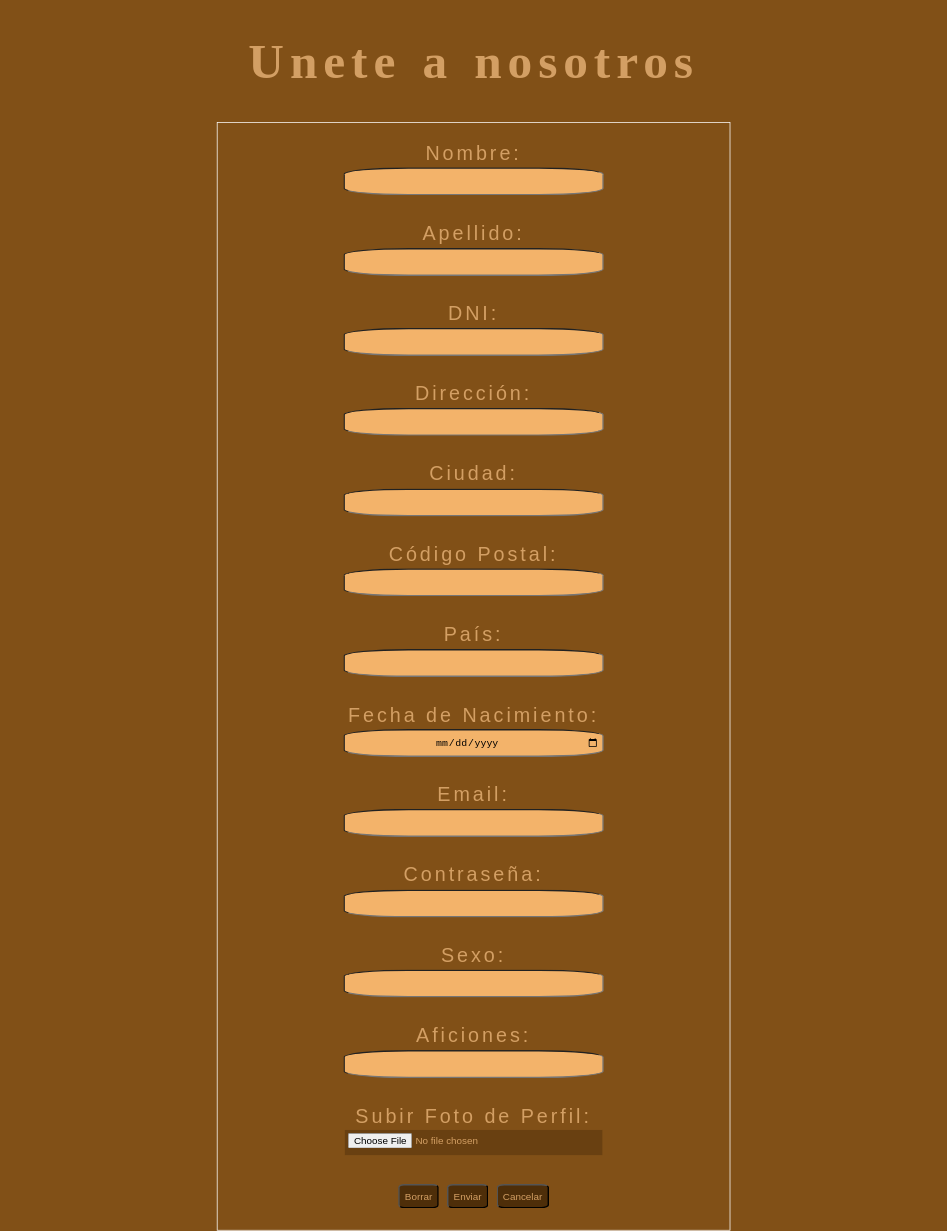
Repository: demoniers/demonIers.github.io
Page: web-lenguajes/src/singin.html
An editor plug-in stored every save of this project. The page is shown before and after the next save, followed by the edit.
The browser window is 1280 px wide. The pictures show the whole page, at 74% of full size.
Some web fonts or font styles are not loaded; a fallback is used.

Above is the page before, as saved 2025-01-24 13:46:55.

### web-lenguajes/src/singin.html
<!DOCTYPE html>
<html lang="es">
<head>
    <meta charset="UTF-8">
    <meta name="viewport" content="width=device-width, initial-scale=1.0">
    <title>Formulario de Registro</title>
    <link rel="stylesheet" href="../style/style.css">
</head>
<body>
    <h1 class="titulo-centrado">Unete a nosotros</h1>
    <div class="form">
        <div class="formulario">
            <form action="../index.html" method="post">
                <label for="nombre">Nombre:</label>
                <input type="text" id="nombre" name="nombre" required><br><br>

                <label for="apellido">Apellido:</label>
                <input type="text" id="apellido" name="apellido" required><br><br>

                <label for="dni">DNI:</label>
                <input type="text" id="dni" name="dni" pattern="[0-9]{8}[A-Z]{1}" required><br><br>

                <label for="direccion">Dirección:</label>
                <input type="text" id="direccion" name="direccion" pattern="C/ .+ nº [0-9]+" required><br><br>

                <label for="ciudad">Ciudad:</label>
                <input type="text" id="ciudad" name="ciudad" required><br><br>

                <label for="cod_postal">Código Postal:</label>
                <input type="text" id="cod_postal" name="cod_postal" list="cod_postal_list" maxlength="5" required>
                <datalist id="cod_postal_list">
                    <option value="28001">
                    <option value="08002">
                    <option value="41003">
                    <option value="50004">
                    <option value="35005">
                </datalist><br><br>

                <label for="pais">País:</label>
                <input type="text" id="pais" name="pais" required><br><br>

                <label for="f_nacimiento">Fecha de Nacimiento:</label>
                <input type="date" id="f_nacimiento" name="f_nacimiento" required><br><br>

                <label for="email">Email:</label>
                <input type="email" id="email" name="email" pattern=".+@[a-z]+\.es" required><br><br>

                <label for="contrasena">Contraseña:</label>
                <input type="password" id="contrasena" name="contrasena" pattern="_[a-z]{7}_[a-z0-9]{5}&[0-9]{2}        " required><br><br>

                <label for="sexo">Sexo:</label>
                <input type="text" id="sexo" name="sexo" required><br><br>

                <label for="aficiones">Aficiones:</label>
                <input type="text" id="aficiones" name="aficiones" list="aficiones_list" required>
                <datalist id="aficiones_list">
                    <option value="Lectura">
                    <option value="Deportes">
                    <option value="Música">
                    <option value="Viajar">
                </datalist><br><br>
                <div class="ignorestyle">
                    <label for="foto">Subir Foto de Perfil:</label>
                    <input type="file" id="foto" name="foto" accept="image/*" required><br><br>
                </div>

                <div class="botones">
                    <div class="btn">
                        <button type="reset">Borrar</button>
                        <button type="submit">Enviar</button>
                        <button type="button" onclick="window.location.href='../index.html'">Cancelar</button>
                    </div>
                </div>
            </form>
        </div>
    </div>
</body>
</html>

### web-lenguajes/style/style.css
body {
    margin: 0;
    font-family: Arial, sans-serif;
    display: flex;
    flex-direction: column;
    align-items: center;
    background-color: #815017;
}

@font-face {
    font-family: "Overcooked";
    src: url("https://db.onlinewebfonts.com/t/4d9ee5a678d899047a987f0408b4b052.eot");
    src: url("https://db.onlinewebfonts.com/t/4d9ee5a678d899047a987f0408b4b052.eot?#iefix")format("embedded-opentype"),
    url("https://db.onlinewebfonts.com/t/4d9ee5a678d899047a987f0408b4b052.woff2")format("woff2"),
    url("https://db.onlinewebfonts.com/t/4d9ee5a678d899047a987f0408b4b052.woff")format("woff"),
    url("https://db.onlinewebfonts.com/t/4d9ee5a678d899047a987f0408b4b052.ttf")format("truetype"),
    url("https://db.onlinewebfonts.com/t/4d9ee5a678d899047a987f0408b4b052.svg#Overcooked")format("svg");
}
.titulo-centrado {
    font-family: "Overcooked";
    text-align: center;
    word-spacing: 4px;
    letter-spacing: 8px;
    font-size: 50pt;
    color: #d39f64;
}

.btn-saber-mas a {
    color: #d3d3d3;
    text-decoration: none;
}
.btn-saber-mas {
   background-color: #4e2e09;
    color: #d39f64;
}
.btn-saber-mas:hover {
    color: #4e2e09;
    background-color: #d39f64;
}

/* menu superior */
.header {
    position: fixed;
    top: 0;
    width: 100%;
    background-color: #57330b;
    color: #d39f64;
    text-align: center;
    padding: 10px 0;
    z-index: 1000;
}

.header nav a {
    margin: 0 15px;
    text-decoration: none;
    font-size: 18px;
}

.header nav ul li {
    display: inline-block;
    position: relative;
}

.logo-r {
    float: left;
    width: 3%;
    margin-left: 2%;
}

nav ul li a {
    display: block;
    padding: 8px 16px;
    text-decoration: none;
    color: #d39f64;
}

nav ul li ul {
    display: none;
    position: absolute;
    top: 100%;
    left: 0;
    box-shadow: 0px 4px 8px rgba(0, 0, 0, 0.3);
}

nav ul li:hover ul {
    display: block;
}
.subitemul {
    text-align: center;
    background-color:#6b43159c;
}
.subitemul:hover {
    background-color: #d39f646c;
    color: #6b4315;
}

/*###############################################################################*/

.container {
    display: grid;
    justify-content: space-between;
    width: 72%;
    margin-bottom: 70px;
}

/* ### CENTRO PAGINA PRINCIPAL ###*/
.content {
    background-image: url("../img/fondo.png");
    background-size: cover;
    background-repeat: no-repeat;
    flex-grow: 1;
    padding: 0;
    display: flex;
}

/* caja central y animacion */
.bienvenida {
    display: flex;
    align-items: center;
    width: 100%;
    padding: 25%;
    margin: 0;
    text-align: center;
    animation-name: agrandar-texto;
    animation-duration: 3s;
    animation-fill-mode: forwards;
}

@keyframes agrandar-texto {
    0% {
        background-color: #00000000;
        color: #d39f6400;
    }

    100% {
        background-color: rgba(0, 0, 0, 0.400);
        color: #d39f64;
    }
}

/* #################################################### */
.bienvenida button {
    background-color: #000000;
    color: #d39f64;
    width: 25%;
    padding: 2%;
    text-align: center;
}

.bienvenida a {
    text-decoration: none;
}

/* Barras laterales*/
.sidebar {
    width: 10%;
    padding: 2%;
    background-color: #815017;
    height: 1000px;
}

.cuerpo {
    color: #d39f64;
}

.caja-publi {
    border: #d39f6486 double 3px;
    margin-top: 35%;
    width: fit-content;
}

.caja-publi img {
    margin-top: 5%;
    width: 95%;
    height: 300px;
}

.derecha {
    position: fixed;
    right: 0%;
}

.izquierda {
    position: fixed;
    left: 0%;
}

.footer {
    background-color: #57330b;
    color: #d39f64;
    text-align: center;
    height: 50px;
    padding: 10px;
    position: fixed;
    bottom: 0;
    width: 100%;
}


/* HORARIO */
table {
    animation: ampli-table forwards 5s;
}
@keyframes ampli-table {
    0% {
        width: 0%;
        margin-right: 0%;
    }
    25% {margin-right:25%;}
    50% {margin-right:50%;}
    75% {margin-right:25%;}
    100% {
        width: 50%;
        margin-right: auto;
    }

}
table {
    margin: auto;
    border-collapse: collapse;
    font-size: 18px;
    text-align: left;
}

th, td {
    padding: 12px;
    border: 1px solid #ddd;
}

th {
    background-color: #f2f2f2;
}

.table-header {
    text-align: center;
    font-size: 24px;
    animation: colorhead forwards 5s;
}
@keyframes colorhead {
    0% {
        background-color: #a0662400;
        color: black
    ;}
    100% {
        background-color: #a06624;
        color: white;
    }

}
.form {
    margin: 5%;
    width: 90%;
}
.Formulario {
    margin: 5%;
    width: 75%;
    border: solid #d39f64 1px;
}

/* ####### FORMULARIO ############ */
.form {
    border: solid 1px white;
    margin: auto;
    width: 50%;
    padding: 2%;
}
.formulario {
    justify-self: center;
    color: #d39f64;
}
form label {
    display: block;
    justify-self: center;
    margin-bottom: 1%;
    font-size: 20pt;
    letter-spacing: 4px;
}
form input {
    display: block;
    justify-self: center;
    width: 100%;
    height: 25px;
    text-align: center;
    border-radius: 25%;
    padding: 1.33%;
    background-color: #f3b36a;
}
form input:focus {
    border-radius: 15%;
    color: #815017;
    background-color: #d39f64;
}
.botones {
    display: grid;
    justify-self: center;
    text-align: center;
    width: 100%;
}
.btn {
    display: inline;
}
.btn button {
    border-radius: 15%;
    height: auto;
    padding: 2%;
    margin: 1%;
    background-color: #4e2e09;
    color: #d39f64;
}
.btn button:hover {
    color: #4e2e09;
    background-color: #d39f64;
}
.ignorestyle input {
    border-radius: 0% !important;
    border: 0px !important;
    background-color: #694011;
    color: #d39f64;
}

After the next save:
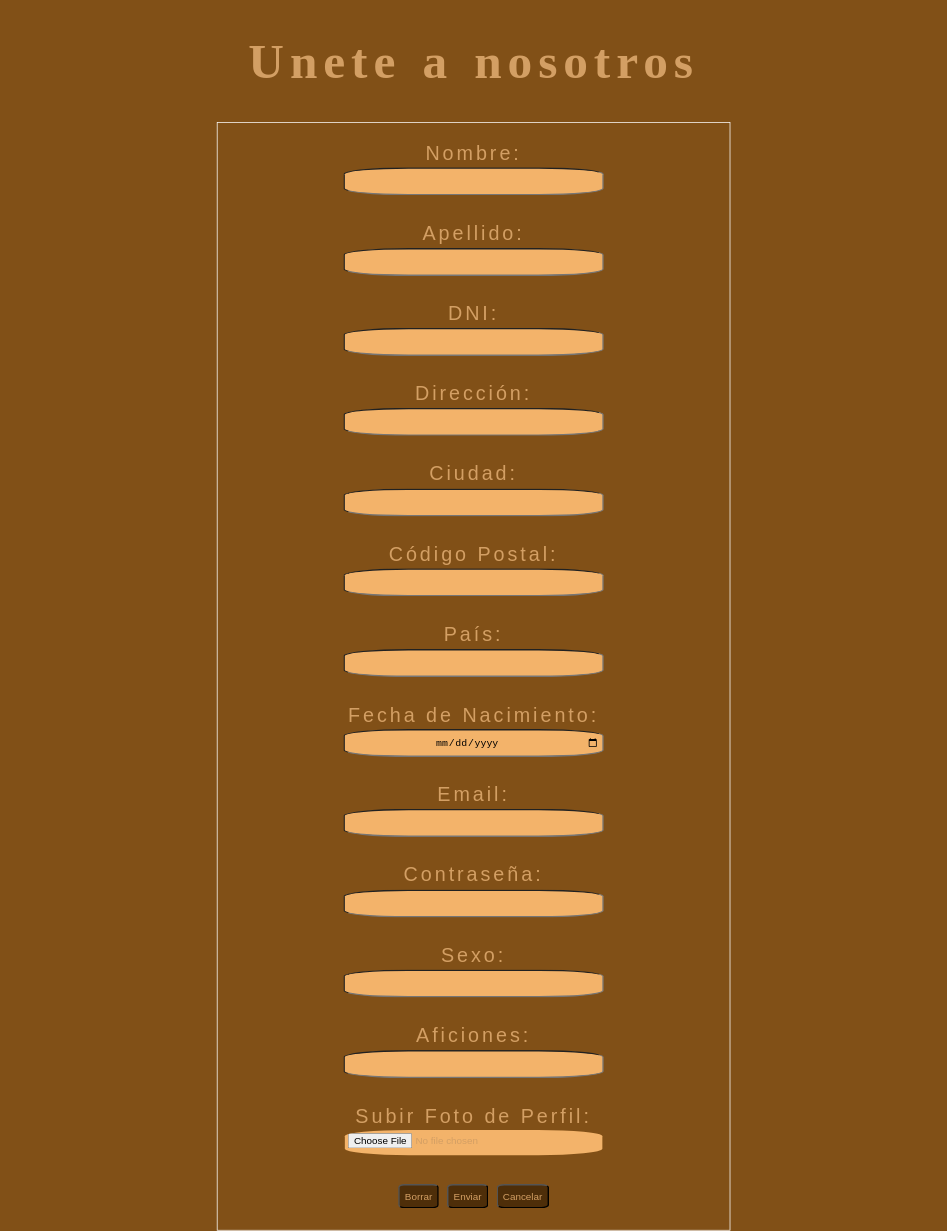
Saved 29 s later.
--- a/web-lenguajes/style/style.css
+++ b/web-lenguajes/style/style.css
@@ -311,7 +311,7 @@
     color: #4e2e09;
     background-color: #d39f64;
 }
-.ignorestyle input {
+.ignorestyle input a {
     border-radius: 0% !important;
     border: 0px !important;
     background-color: #694011;

After the 2 saves that followed:
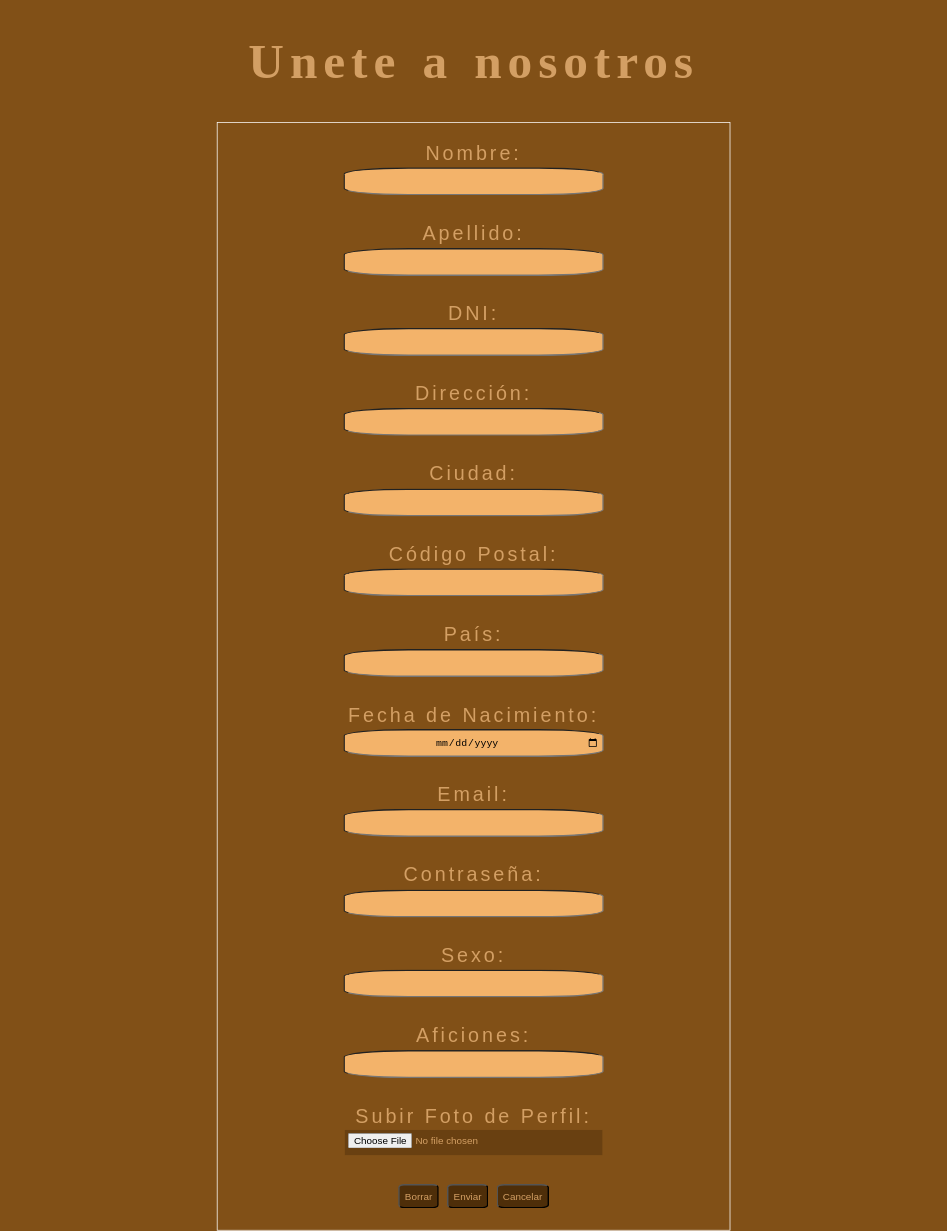
The 2 saves are shown as one change because 1 left the picture as it was.
The last was saved 18 s later.
--- a/web-lenguajes/style/style.css
+++ b/web-lenguajes/style/style.css
@@ -311,7 +311,7 @@
     color: #4e2e09;
     background-color: #d39f64;
 }
-.ignorestyle input a {
+.ignorestyle input {
     border-radius: 0% !important;
     border: 0px !important;
     background-color: #694011;
